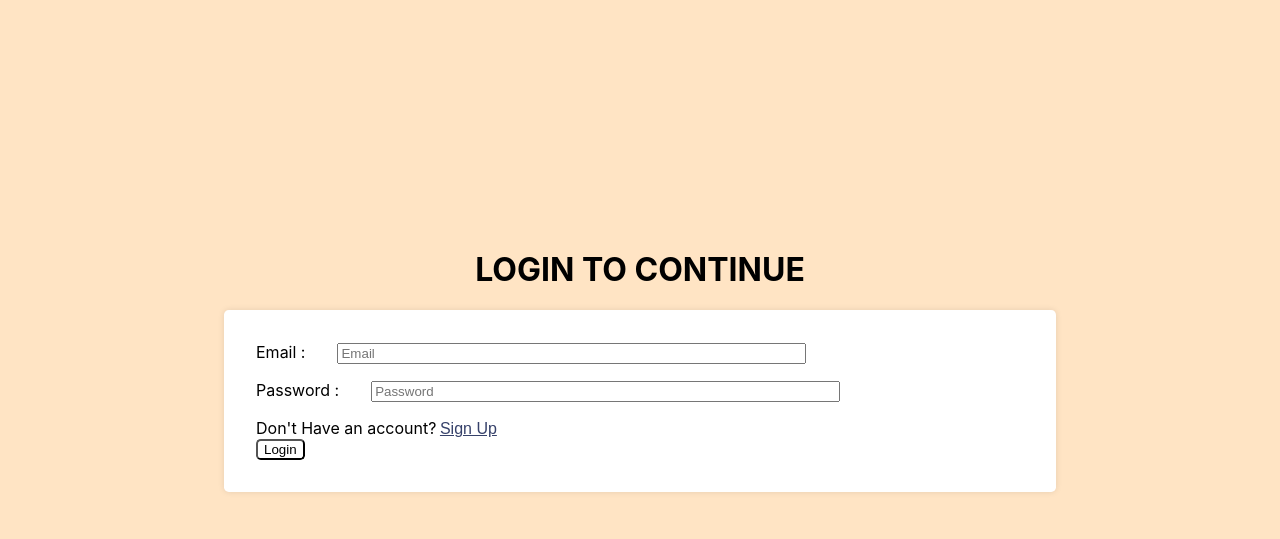
Repository: drumsmanku/test-1
Page: / (app in client/)
The author's editor kept a copy of each file at every save. The page is drawn from the files as they stood at one save, then again after the next save.
The browser window is 1280 px wide. The pictures show the whole page.
The project was rebuilt for these pictures with package versions that can differ from the ones it lists, and the page was loaded fresh each time. Also part of the build but not shown: client/src/App.css.

Above is the page before, as saved 2023-08-31 09:57:20.

After the next save:
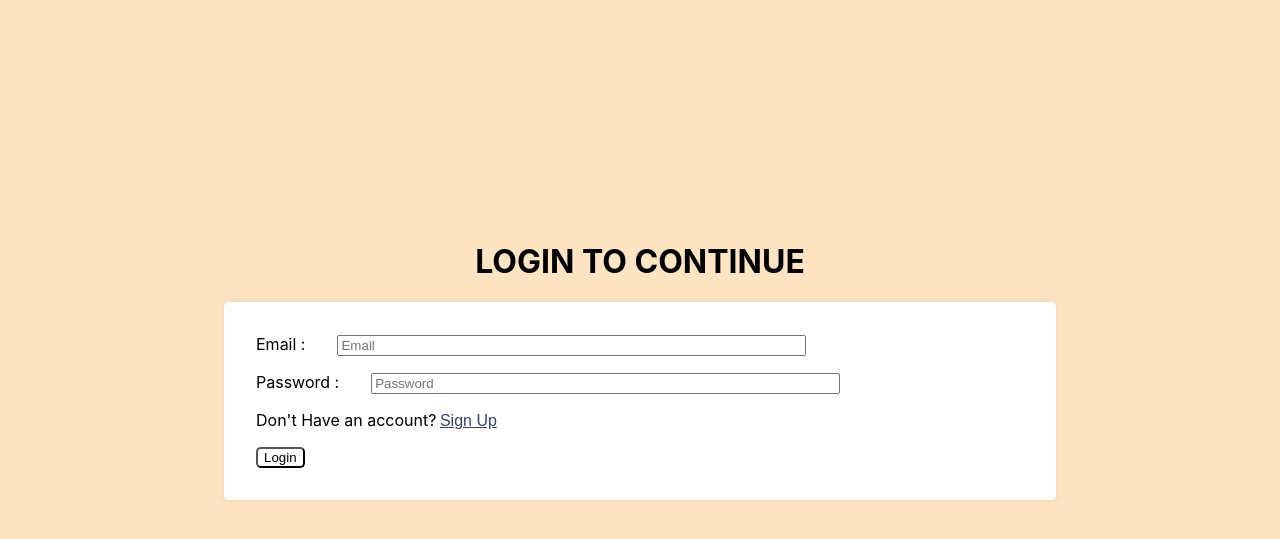
Saved 24 s later.
--- a/client/src/Components/Login/Login.js
+++ b/client/src/Components/Login/Login.js
@@ -16,7 +16,7 @@ function Login() {
               <input type="password" name='password'   placeholder='Password' style={{width:'60%',marginLeft:'2rem' }} />
             </div>
 
-            <span style={{}}>Don't Have an account?<button style={{background:'none', color:'#36416A', fontSize:'medium', marginLeft:0, padding:0, width:'4rem', cursor:'pointer', border:'none', textDecoration:'underline'}}>Sign Up</button> </span>
+            <span style={{marginBottom:'1rem'}}>Don't Have an account?<button style={{background:'none', color:'#36416A', fontSize:'medium', marginLeft:0, padding:0, width:'4rem', cursor:'pointer', border:'none', textDecoration:'underline'}}>Sign Up</button> </span>
 
             <div>
               <button className={styles.button}> Login</button>
